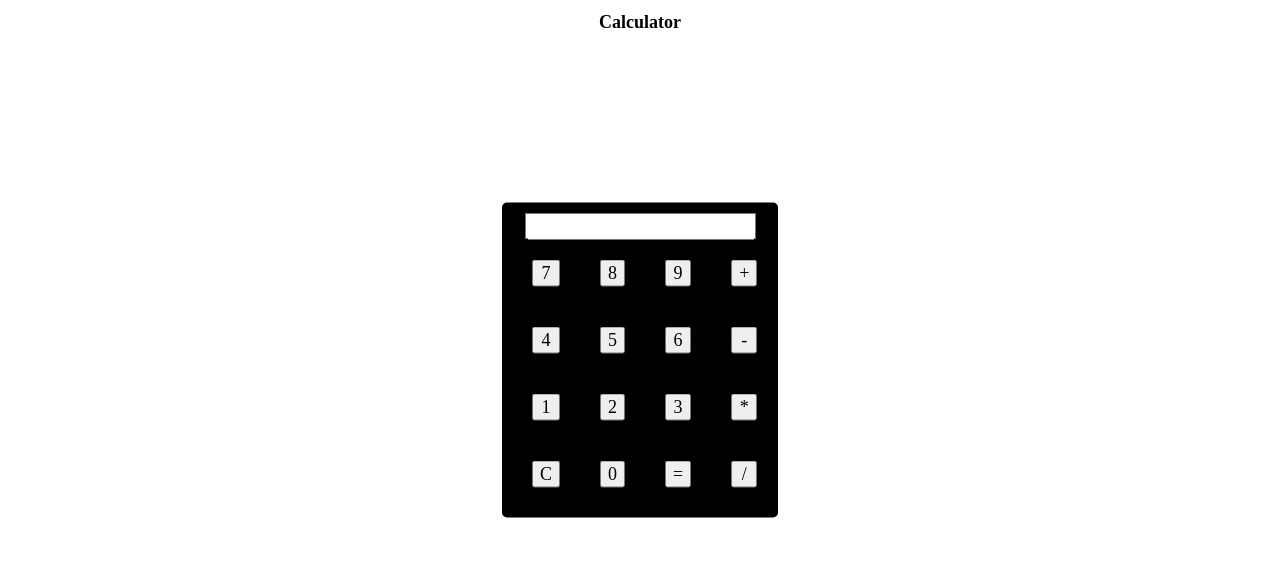
Repository: rajratangm/xcalculator
Page: /
The author's editor kept a copy of each file at every save. The page is drawn from the files as they stood at one save, then again after a run of saves.
The browser window is 1280 px wide. The pictures show the whole page.
The project was rebuilt for these pictures with package versions that can differ from the ones it lists, and the page was loaded fresh each time. Also part of the build but not shown: vite.config.js.

Above is the page before, as saved 2024-04-03 11:26:11.

### src/App.js
import logo from './logo.svg';
import './App.css';
import { useState } from 'react';

function App() {
  const [result, setResult]= useState('')
  const handleClick=(value)=>{
    setResult(result.concat(value))
  }

  const clear=()=>{
    setResult('')
  }
  return (
    <>
    <h1>Calculator</h1>
    <p>{result}</p>
    <div className='container'>
      <form>
        <input type='text' value={result}/>
      </form>
      <div className='keypad'>
        <button onClick={() => handleClick('7')}>7</button>
        <button onClick={() => handleClick('8')}>8</button>
        <button onClick={() => handleClick('9')}>9</button>
        <button onClick={() => handleClick('+')}>+</button>

        <button onClick={() => handleClick('4')}>4</button>
        <button onClick={() => handleClick('5')}>5</button>
        <button onClick={() => handleClick('6')}>6</button>
        <button onClick={() => handleClick('-')}>-</button>

        <button onClick={() => handleClick('1')}>1</button>
        <button onClick={() => handleClick('2')}>2</button>
        <button onClick={() => handleClick('3')}>3</button>
        <button onClick={() => handleClick('*')}>*</button>

        <button onClick={clear} id='clear'>C</button>
        <button onClick={() => handleClick('0')}>0</button>
        <button onClick={() => handleClick('=')} id= 'enter'>=</button>
        <button onClick={() => handleClick('/')}>/</button>
      </div>
    </div>

    </>
  );
}

export default App;

### src/App.css
*{
  font-family: 'Robot', 'sans-serif';
  font-size: 18px;

}

body{
  display: flex;
  justify-content: center;
  align-items:center;

}

.container{
  top:50%;
  left: 50%;
  position:absolute;
  transform: translate(-50%,-50%);
  margin:0 auto;
  width: 256px;
  text-align: center;
  border: 10px solid black;
  background-color: black;
  border-radius: 5px;
}

.keypad{
  display: grid;
  grid-template-columns: repeat(4, 1fr);
  grid-auto-rows: minmax(60px,auto)

}

/* input[type='text']{
  height: 75px;
  width: 249px;

} */


button{
  margin: 20px;
}

Loaded but not shown: public/index.html (common file); src/index.js (common file); src/index.css (common file); src/reportWebVitals.js (common file)

After the next 3 saves:
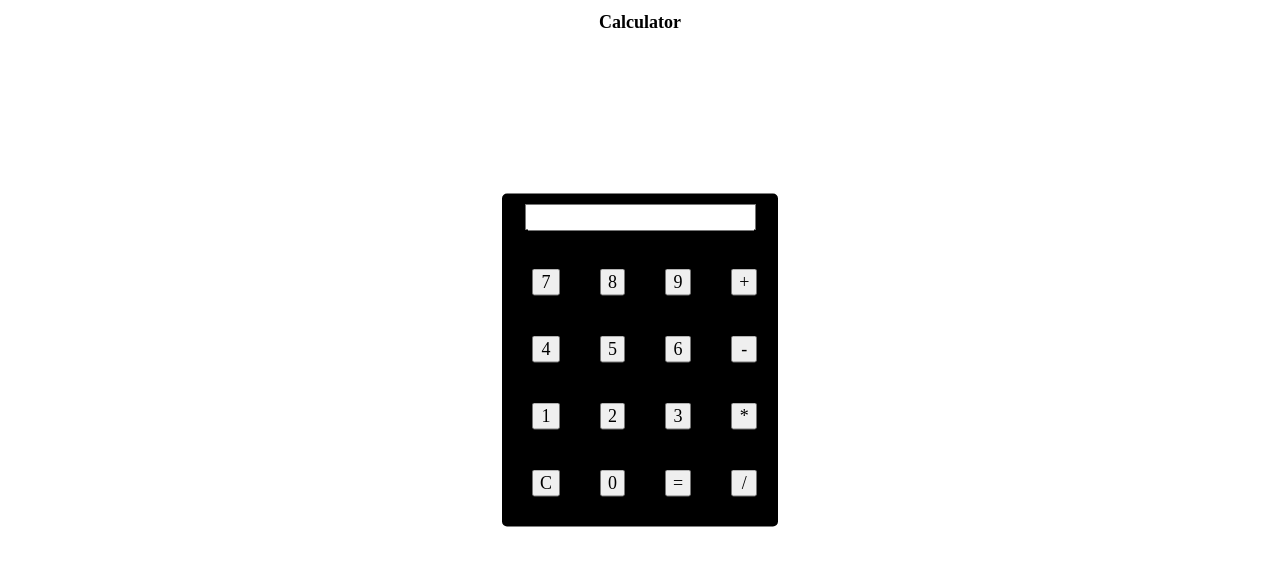
The 3 saves are shown as one change because they came seconds apart.
The last was saved 80 s later.
--- a/src/App.js
+++ b/src/App.js
@@ -19,6 +19,7 @@ function App() {
       <form>
         <input type='text' value={result}/>
       </form>
+      <p>{result}</p>
       <div className='keypad'>
         <button onClick={() => handleClick('7')}>7</button>
         <button onClick={() => handleClick('8')}>8</button>
